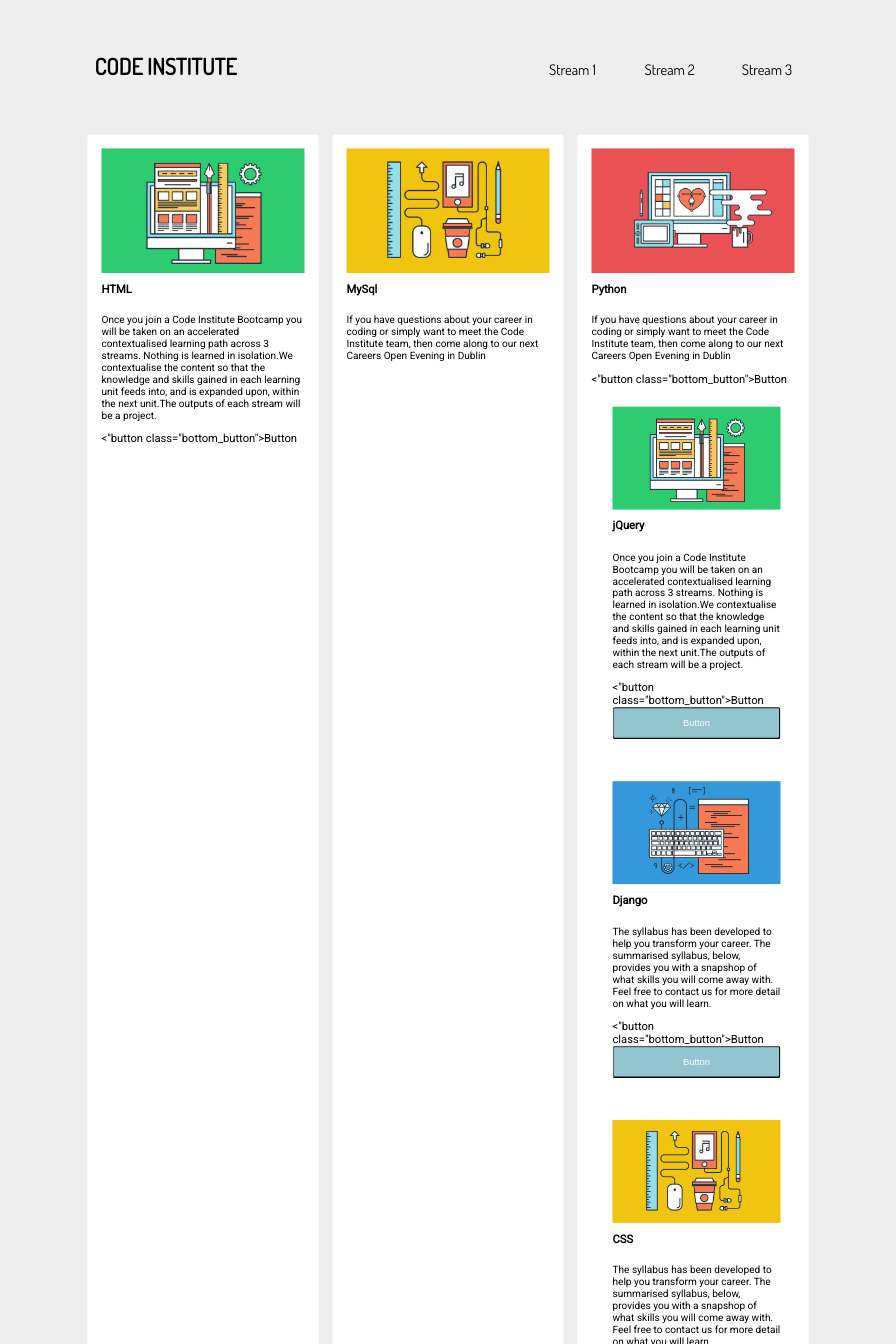
Repository: SOliv1/jquery-events
Page: index.html
The author's editor kept a record of every edit. The page is drawn from the files as they stood at one moment, then again after the next edit.
The browser window is 1280 px wide. The pictures show the part of the page from y = 0 to 1920 px (the page is 2129 px tall before and 3058 px after), at 70% of full size.
Some web libraries are served in a nearby version.

Above is the page before.

### index.html
<!DOCTYPE html>
<html lang="en">
<head>
    <meta charset="UTF-8">
    <meta name="viewport" content="width=device-width, initial-scale=1">
    <title>jQuery</title>
    <link href="style.css" rel="stylesheet">
    <link href='https://fonts.googleapis.com/css?family=Roboto' rel='stylesheet' type='text/css'>
    <link href='https://fonts.googleapis.com/css?family=Dosis' rel='stylesheet' type='text/css'>
    </head>
<body>
    <div id="container">
        <nav>
            <ul>
                <li id="logoNav">CODE INSTITUTE</li>
                <li id="stream1_btn">Stream 1</li>
                <li id="stream2_btn">Stream 2</li>
                <li id="stream3_btn">Stream 3</li>
            </ul>
        </nav>
        <div class="card stream1">
            <img class="card_image" src="img/3.png" alt="coding icon">
            <div class="card_bottom">
                <h2 class="card_head">HTML</h2>
                <p class="card_para">Once you join a Code Institute Bootcamp you will be taken on an accelerated contextualised learning path across 3 streams. Nothing is learned in isolation.We contextualise the content so that the knowledge and skills gained in each learning
                    unit feeds into, and is expanded upon, within the next unit.The outputs of each stream will be a project. </p>
                <"button class="bottom_button">Button</>
            </div>
        </div>
        <div class="card stream3">
            <img class="card_image" src="img/1.png" alt="coding icon">
            <h2 class="card_head">MySql</h2>
            <p class="card_para">If you have questions about your career in coding or simply want to meet the Code Institute team, then come along to our next Careers Open Evening in Dublin</p>
            <"buttonclass="bottom_button">Button</>
            </div>
        <div class="card stream2">
            <img class="card_image" src="img/2.png" alt="coding icon">
            <h2 class="card_head">Python</h2>
            <p class="card_para">If you have questions about your career in coding or simply want to meet the Code Institute team, then come along to our next Careers Open Evening in Dublin</p>
            <"button class="bottom_button">Button</>
        <div class="card stream1">
            <img class="card_image" src="img/3.png" alt="coding icon">
            <div class="card_bottom">
                <h2 class="card_head">jQuery</h2>
                <p class="card_para">Once you join a Code Institute Bootcamp you will be taken on an accelerated contextualised learning path across 3 streams. Nothing is learned in isolation.We contextualise the content so that the knowledge and skills gained in each learning
                    unit feeds into, and is expanded upon, within the next unit.The outputs of each stream will be a project. </p>
                <"button class="bottom_button">Button</>
                 <button class="bottom_button" id="button_effects1">Button</button>
            </div>
        </div>
        <div class="card stream3">
            <img class="card_image" src="img/4.png" alt="coding icon">
            <h2 class="card_head">Django</h2>
            <p class="card_para">The syllabus has been developed to help you transform your career. The summarised syllabus, below, provides you with a snapshop of what skills you will come away with. Feel free to contact us for more detail on what you will learn.</p>
            <"button class="bottom_button">Button</>
            <button class="bottom_button" id="button_effects1">Button</button>
        </div>
        <div class="card stream1">
            <img class="card_image" src="img/1.png" alt="coding icon">
            <h2 class="card_head">CSS</h2>
            <p class="card_para">The syllabus has been developed to help you transform your career. The summarised syllabus, below, provides you with a snapshop of what skills you will come away with. Feel free to contact us for more detail on what you will learn.</p>
            <"button class="bottom_button">Button</>
             <button class="bottom_button" id="button_effects1">Button</button>
        </div>
        <div id="my_footer">
            <p id="copyright">Copyright Infomation</p>
        </div>
    </div>
    <script src="https://code.jquery.com/jquery-3.2.1.js" integrity="sha256-DZAnKJ/6XZ9si04Hgrsxu/8s717jcIzLy3oi35EouyE=" crossorigin="anonymous"></script>
    <script src="script.js"></script>
    <!-- Scripts located at the bottom of the body to insure page is fully loaded before execution -->
</body>
</html>

### style.css
body {
	font-family: 'Roboto', sans-serif;
	/*background-image: url(img/code-institute.jpg);
 	background-size: cover;
 	color: #ffffff;*/
 	background-color: #eee;

}

h1{
	font-size: 3em;
	text-align: center;
}

h2 {
	font-size: 1em;
	text-align: left;

}



p {
	font-size: .9rem;
}



div {
	border-radius: 4px;
}

.card_image {
	width: 100%;

}

.bottom_button {
	display: flex;
	box-sizing:border-box;
	border-radius: 4px;
	display: block;
	width: 100%;
	background-color:rgba(129, 187, 201,.85);
	text-align: center;
	padding: 1em .75em;
	text-decoration: none;
	color: #fff;

}

.card_bottom {
	display: flex;
	flex-flow:column;
}

.card_head {
	flex:0;
}



.card_para {

	flex:1 0 auto;

}

#container {
	display: flex;		/* makes container a flexbox*/
	flex-flow: row wrap; 	/* layout the boxes in rows and wrap them*/
	box-sizing:border-box;
	margin-right:auto;
	margin-left:auto;
	max-width:1050px;
}

#logo {
	width: 800px;
	margin: auto;
}



.card {

	flex:1; /* */

	display: flex;	/* make the contents controllable by flexbox*/
	flex-flow:column;	/* */
	min-width: 240px; /**/
	margin: 10px;
	padding: 20px;
	background-color: #fff;
}

.highlight_stream {
	background-color: #EB5255;
}

#my_footer {
	width:100%;
	text-align: center;
}



#copyright {
	margin-top:10px;
	margin-bottom:10px;

}

/*************************

Navigation

**************************/

nav {

	font-family: roboto;
	background-color: #eee;
	margin: 30px auto;
	width: 100%;
}

ul {

	display: flex;

	justify-content:space-between;

	flex-flow: row;

	/*flex-flow: row-reverse;*/
	/*justify-content:flex-end;*/
	/*justify-content:space-around;*/
	/*align-items:flex-start;*/
	align-items:baseline;
	border-radius: 10px;
	list-style-type: none; /*Remove Bullets*/
	padding: 0;

}

li {
	flex:1;
	height: 30px;
	/*width:10%;*/
	/*border:2px solid #000;*/
	/*background-color: #81BBC9;*/
	/*border-radius: 10px;*/
	font-family: Dosis;
	padding:20px 20px 20px 20px;
	text-align: center;
	font-size: 1.3em;
}

#logoNav {
	flex:6;
	text-align: left;
	font-size: 2em;
	font-weight: bold;
}

.underline {
    text-decoration:underline;

}



.border {

    border: solid 5px #ccc;

}

@media screen and (max-width: 700px) {
	ul {
		flex-flow: column;
		align-items:center;
    }
	li {
		font-size: 2em;
	}

}

### script.js
$(document).ready(function() {
    -$("#stream1_btn").on("click", function() {
        $(".stream1").show();
        $(".stream1").show(1000);
        $("#button_effects1").click(function(){
        $('#button_effects1').hide('slow');
    });
 });

   $("#stream2_btn").on("click", function() {
        $(".stream1").removeClass('highlight_stream');
        $(".stream2").removeClass('highlight_stream');
        $(".stream3").removeClass('highlight_stream');
        $(".stream2").addClass('highlight_stream');
   });

    $("#stream3_btn").on("click", function() {
        $(".stream1").removeClass('highlight_stream');
        $(".stream2").removeClass('highlight_stream');
        $(".stream3").removeClass('highlight_stream');
        $(".stream3").addClass('highlight_stream');
    });
});

    $(document).ready(function() {
    $("#button_effects1").click(function(){
        $('#par1').toggle('1000');
    });
    $("#button_effects2").click(function(){
        $('#par2').toggle('1000');
    });
    $("#button_effects3").click(function(){
        $('#par3').toggle('1000');
    });
    $("#button_effects4").click(function(){
        $('#par4').toggle('1000');
    });
    $("#button_effects5").click(function(){
        $('#par5').toggle('1000');
    });
    $("#button_effects6").click(function(){
        $('#par6').toggle('1000');
    });
});

    $(document).ready(function() {
    // Create the slideToggle effects each of the paragraphs and
    // buttons
    $("#button_effects1").click(function(){
        $('#par1').slideToggle('1000');
    });
    $("#button_effects2").click(function(){
        $('#par2').slideToggle('1000');
    });
    $("#button_effects3").click(function(){
        $('#par3').slideToggle('1000');
    });
    $("#button_effects4").click(function(){
        $('#par4').slideToggle('1000');
    });
    $("#button_effects5").click(function(){
        $('#par5').slideToggle('1000');
    });
    $("#button_effects6").click(function(){
        $('#par6').slideToggle('1000');
    });
});

// Use the fadeTo effect when the mouse hovers over a specific button
    // and fadeTo again when the mouse is no longer hovering over the button

    $("#button_effects1").mouseenter(function(){
        $('#button_effects1').fadeTo(1000, 0.5);
    });
    $("#button_effects1").mouseleave(function(){
        $('#button_effects1').fadeTo(1000, 1);
    });
    $("#button_effects2").mouseenter(function(){
        $('#button_effects2').fadeTo(1000, 0.5);
    });
    $("#button_effects2").mouseleave(function(){
        $('#button_effects2').fadeTo(1000, 1);
    });
    $("#button_effects3").mouseenter(function(){
        $('#button_effects3').fadeTo(1000, 0.5);
    });
    $("#button_effects3").mouseleave(function(){
        $('#button_effects3').fadeTo(1000, 1);
    });
    $("#button_effects4").mouseenter(function(){
        $('#button_effects4').fadeTo(1000, 0.5);
    });
    $("#button_effects4").mouseleave(function(){
        $('#button_effects4').fadeTo(1000, 1);
    });
    $("#button_effects5").mouseenter(function(){
        $('#button_effects5').fadeTo(1000, 0.5);
    });
    $("#button_effects5").mouseleave(function(){
        $('#button_effects5').fadeTo(1000, 1);
    });
    $("#button_effects6").mouseenter(function(){
        $('#button_effects6').fadeTo(1000, 0.5);
    });
    $("#button_effects6").mouseleave(function(){
        $('#button_effects6').fadeTo(1000, 1);
    });
//waits until page is loaded first

    $(document).ready(function(){
    //applies colour red to paragraphs when clicked on
    $("p").click(function(){
        $("p").addClass("highlight_text");
    });
});

//will add lightblue to h2 elements

    $("h2").hover(function(){
        $("h2").addClass( "h2_color");
    });

    /*
    this will apply larger font size to the active h2 element
    by adding the h2_font_size class but
    not the other h2 elements by removing class h2_font_size from them
    */

    $("#hr_html").hover(function(){
        $("#hr_mysql").removeClass("h2_font_size");
        $("#hr_python").removeClass("h2_font_size");
        $("#hr_jquery").removeClass("h2_font_size");
        $("#hr_django").removeClass("h2_font_size");
        $("#hr_css").removeClass("h2_font_size");
        $("#hr_mysql").removeClass("h2_font_size");
        $("#hr_html").addClass("h2_font_size");
    });

    $("#hr_css").hover(function(){
        $("#hr_mysql").removeClass("h2_font_size");
        $("#hr_python").removeClass("h2_font_size");
        $("#hr_jquery").removeClass("h2_font_size");
        $("#hr_django").removeClass("h2_font_size");
        $("#hr_html").removeClass("h2_font_size");
        $("#hr_css").addClass("h2_font_size");
    });


    //applies colour black to body background when mouse enters over buttons


    $(".bottom_button").mouseenter(function(){
        $("body").css( "background-color", "black");
    });

    //applies colour grey to body background when mouse leaves buttons

    $(".bottom_button").mouseleave(function(){
        $("body").css( "background-color", "#eee");
    });

After the next edit:
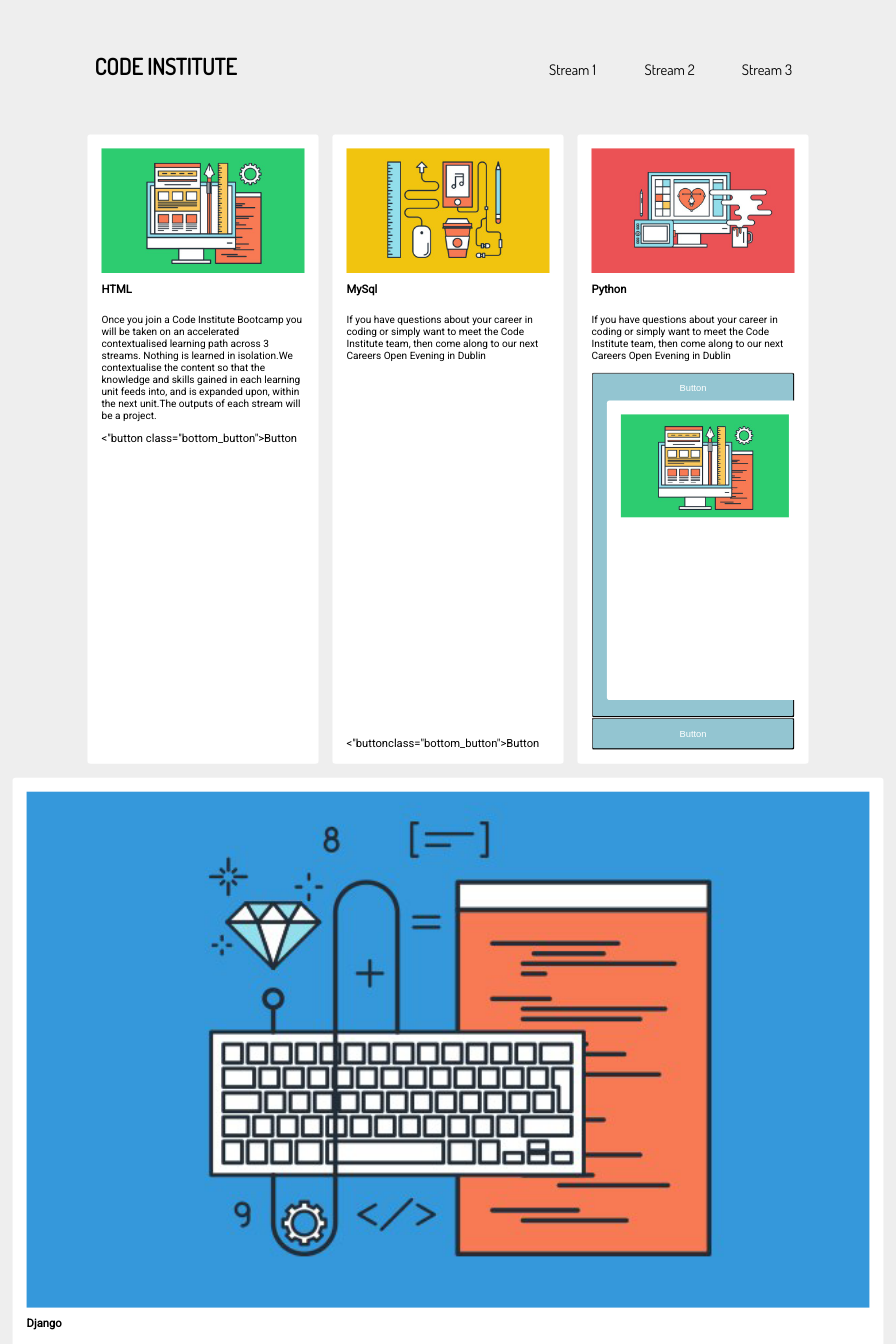
The edit:
--- a/index.html
+++ b/index.html
@@ -37,7 +37,7 @@
             <img class="card_image" src="img/2.png" alt="coding icon">
             <h2 class="card_head">Python</h2>
             <p class="card_para">If you have questions about your career in coding or simply want to meet the Code Institute team, then come along to our next Careers Open Evening in Dublin</p>
-            <"button class="bottom_button">Button</>
+            <button class="bottom_button">Button</>
         <div class="card stream1">
             <img class="card_image" src="img/3.png" alt="coding icon">
             <div class="card_bottom">
